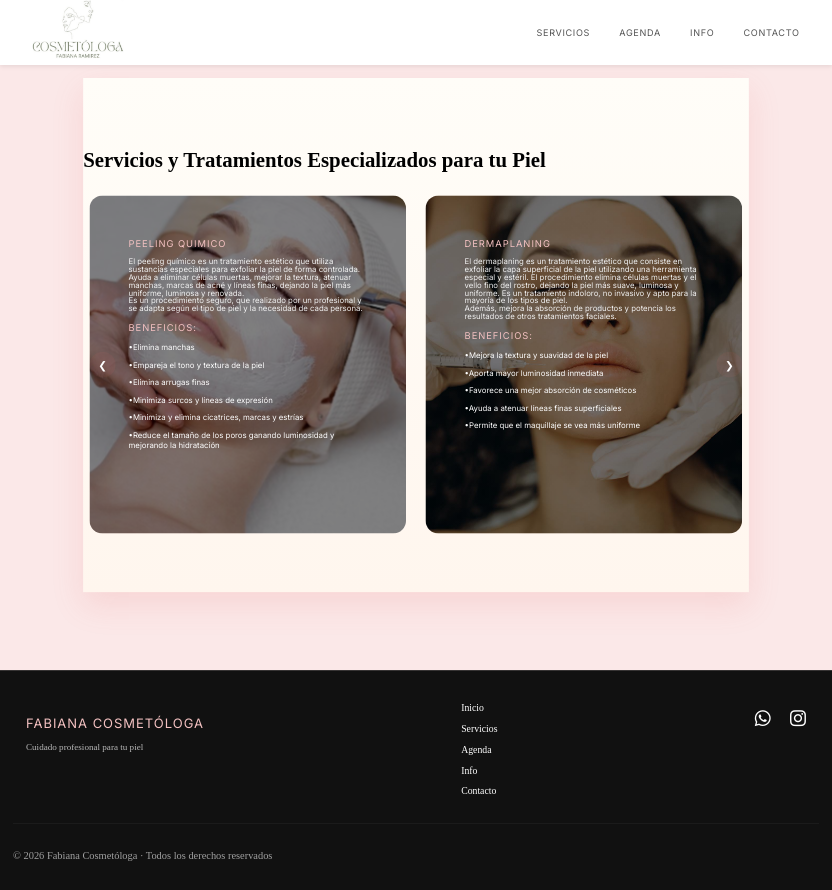
Repository: thiagobal1891-sudo/paginaweb
Page: pages/servicios.html
These files come from the project's save history. The page is drawn as it stood at one moment and after the next save; the edit follows.
The browser window is 1280 px wide. The pictures show the whole page, at 65% of full size.
Some web fonts or font styles are not loaded; a fallback is used.

Above is the page before, as saved 2026-03-10 21:59:34.
Console error: ReferenceError: emailjs is not defined

After the next save:
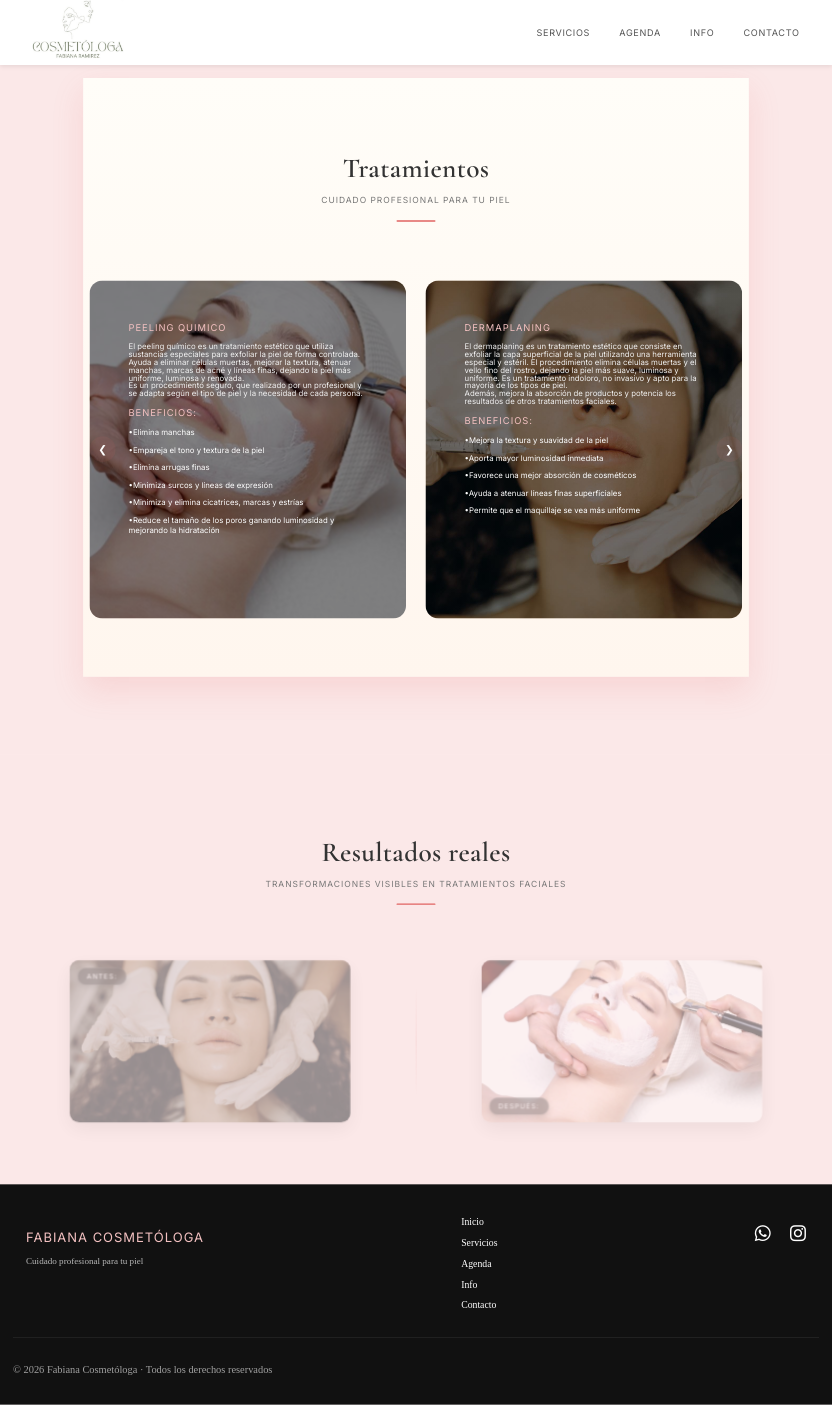
Saved 13 min 37 s later.
--- a/pages/servicios.html
+++ b/pages/servicios.html
@@ -37,8 +37,10 @@
   </header>
   <section id="Tratamientos" class="appear">
   <div class="container">
-<h2>Servicios y Tratamientos Especializados para tu Piel</h2>
-
+<div class="section-title">
+  <h2>Tratamientos</h2>
+  <p>Cuidado profesional para tu piel</p>
+</div>
     <div class="carousel-wrapper">
 
       <div class="arrow left">&#10094;</div>
@@ -134,6 +136,82 @@
     </div>
   </div>
   </section>
+
+  <section id="infocosmet" class="appear">
+    <div class="carousel_infocosmet">
+<div class="section-title">
+  <h2>Resultados reales</h2>
+  <p>Transformaciones visibles en tratamientos faciales</p>
+</div>
+<div class="carousel-track">
+  <div class="slide">
+    <div class="img-wrapper">
+      <span class="badge top">ANTES:</span>
+      <img src="media/Tratamientos-2.jpg" alt="">
+
+    </div>
+    <div class="img-wrapper">
+      <span class="badge bottom">DESPUÉS:</span>
+      <img src="media/Tratamientos-3.jpg" alt="">
+
+    </div>
+  </div>
+
+  <div class="slide">
+    <div class="img-wrapper">
+      <span class="badge top">ANTES:</span>
+      <img src="media/Tratamientos-2.jpg" alt="">
+
+    </div>
+    <div class="img-wrapper">
+      <span class="badge bottom">DESPUÉS:</span>
+      <img src="media/Tratamientos-3.jpg" alt="">
+
+    </div>
+  </div>
+
+  <div class="slide">
+    <div class="img-wrapper">
+        <span class="badge top">ANTES:</span>
+      <img src="media/Tratamientos-2.jpg" alt="">
+
+    </div>
+    <div class="img-wrapper">
+      <span class="badge bottom">DESPUÉS:</span>
+      <img src="media/Tratamientos-3.jpg" alt="">
+
+    </div>
+  </div>
+
+    <div class="slide">
+    <div class="img-wrapper">
+          <span class="badge top">ANTES:</span>
+      <img src="media/Tratamientos-2.jpg" alt="">
+
+    </div>
+    <div class="img-wrapper">
+      <span class="badge bottom">DESPUÉS:</span>
+      <img src="media/Tratamientos-3.jpg" alt="">
+
+    </div>
+  </div>
+
+<div class="slide">
+  <div class="img-wrapper">
+    <span class="badge top">ANTES:</span>
+    <img src="media/Tratamientos-2.jpg" alt="">
+  </div>
+
+  <div class="img-wrapper">
+    <span class="badge bottom">DESPUÉS:</span>
+    <img src="media/Tratamientos-3.jpg" alt="">
+  </div>
+</div>
+  </div>
+
+</div>
+</div>
+  </section>
 <footer class="footer">
   <div class="footer-container">
 
